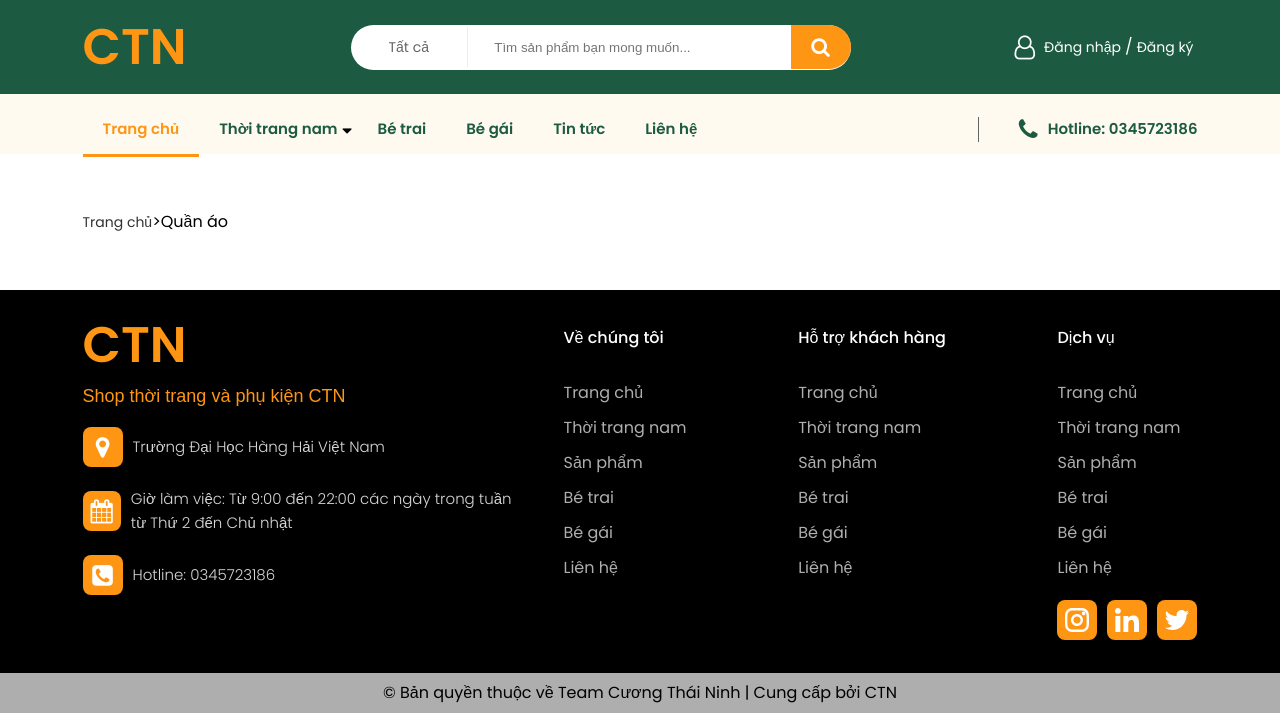
Repository: cuongchua2k2/BaiTapLon-web
Page: category.html
The author's editor kept a copy of each file at every save. The page is drawn from the files as they stood at one save, then again after the next save.
The browser window is 1280 px wide. The pictures show the whole page.

Above is the page before, as saved 2023-12-09 19:53:35.

After the next save:
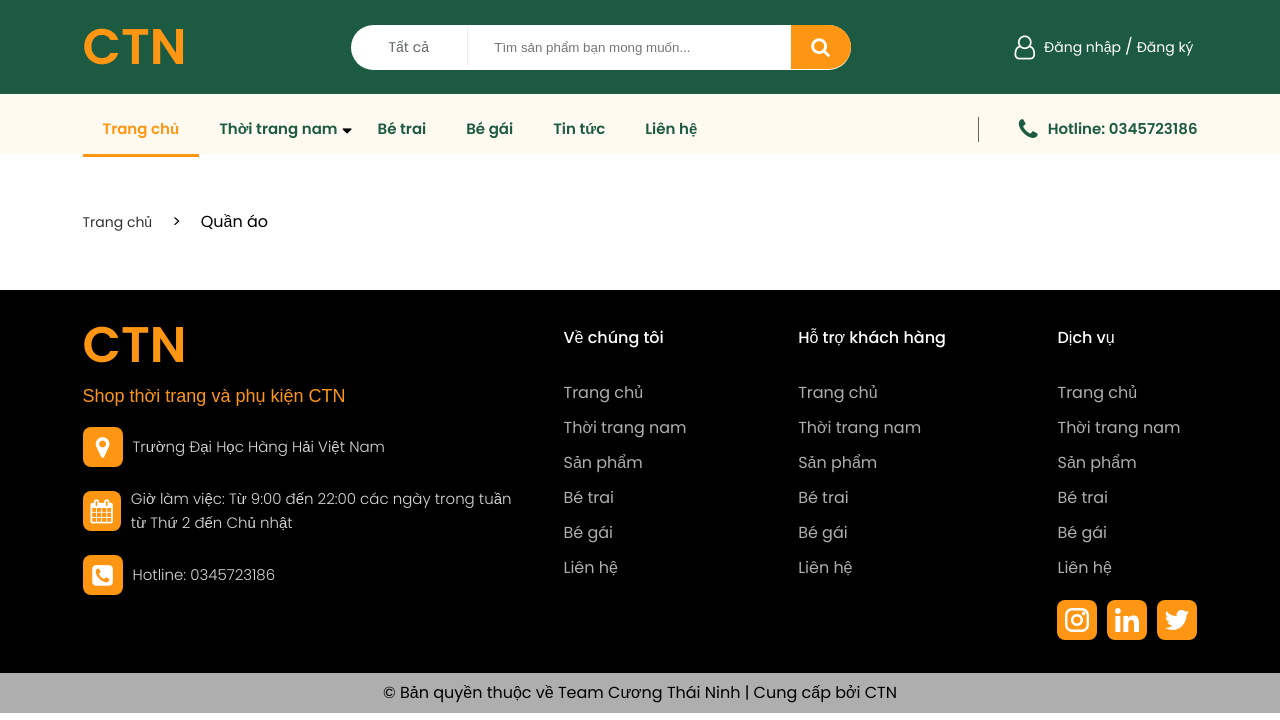
Saved 21 s later.
--- a/assets/css/style.css
+++ b/assets/css/style.css
@@ -557,6 +557,7 @@ header {
 .category__nav {
   display: flex;
   align-items: center;
+  gap: 0 20px;
 }
 
 .category__nav__home {
